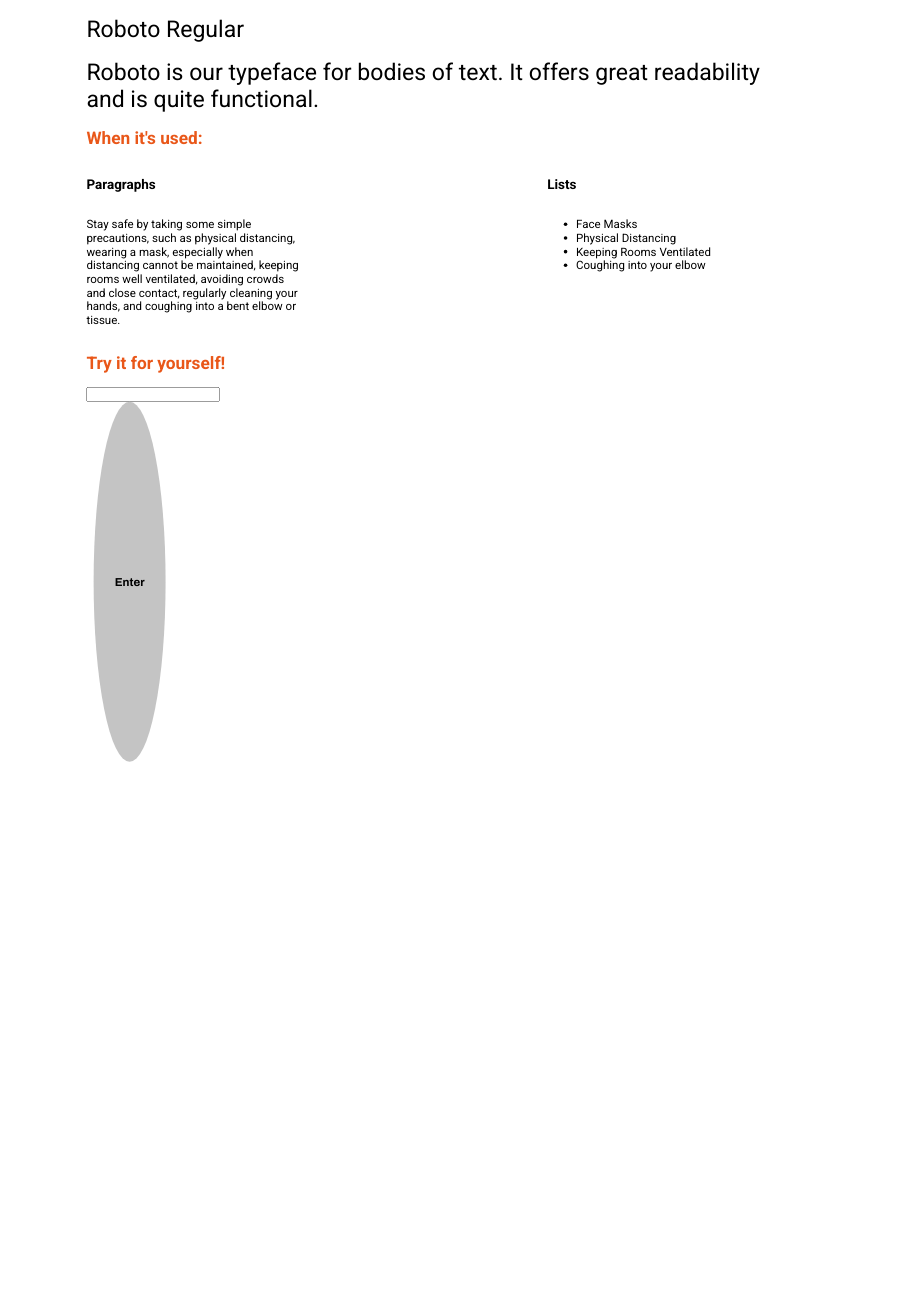
Repository: Levic559/bird-styleguide
Page: typography/index.html
The author's editor kept a copy of each file at every save. The page is drawn from the files as they stood at one save, then again after the next save.
The browser window is 1280 px wide. The pictures show the whole page, at 72% of full size.

Above is the page before, as saved 2021-03-22 05:27:29.

### typography/index.html
<!DOCTYPE html>
<html>
    <head>
        <title>
            Typography
        </title>
        <link rel="preconnect" href="https://fonts.gstatic.com">
        <link href="https://fonts.googleapis.com/css2?family=Archivo:wght@700&family=Roboto:wght@400;700&display=swap" rel="stylesheet">
        <link href="style.css" rel="stylesheet">
    </head>
    <body>
        <div class="main">
            <div class="fontcontainer">
                <h1 class="Roboto">Roboto Regular</h1>
                <h1 class="Roboto">Roboto is our typeface for bodies of text. It offers great readability and is quite functional.</h1>
                <h2 class="Orange">When it's used:</h3>
                <div class="examplescontainer">
                    <div class="column">
                        <h3>Paragraphs</h3>
                        <p>
                            Stay safe by taking some simple precautions, such as physical distancing, wearing a mask, especially when distancing cannot be maintained, keeping rooms well ventilated, avoiding crowds and close contact, regularly cleaning your hands, and coughing into a bent elbow or tissue.
                        </p>
                    </div>
                    <div class="column">
                        <h3>Lists</h3>
                        <ul>
                            <li>Face Masks</li>
                            <li>Physical Distancing</li>
                            <li>Keeping Rooms Ventilated</li>
                            <li>Coughing into your elbow</li>
                        </ul>
                    </div>
                </div>

                <h2 class="Orange">Try it for yourself!</h2>
                <input type="text" id="test1"></input>
                <div class="inputcontainer">
                    <div class="enter">Enter</div>
                    <h1 class="Roboto"></h1>
                </div>

            </div>


        </div>
    </body>
</html>

### typography/style.css
body {
    margin: 0px;
    padding: 0px;
    box-sizing: border-box;
}

.main {
    width: 100vw;
    height: 250vh;
    display: flex;
    flex-direction: column;
    justify-content: flex-start;
    font-family: Roboto;
}

.fontcontainer {
    margin-left: 120px;
    width: 940px;
}

.Roboto {
    font-family: Roboto;
    font-weight: normal;
}

.Orange {
    color: #E95719;
    font-family: Roboto;
}

.examplescontainer {
    display: flex;
    justify-content: space-between;
}

.column {
    width: 300px;
    display: flex;
    flex-direction: column;
}

.inputcontainer {
    display: flex;
}

.enter {
    width: 100px;
    height: 500px;
    background-color: #C4C4C4;
    color: black;
    font-family: Archivo;
    font-weight: bold;
    display: flex;
    justify-content: center;
    align-items: center;
    border-radius: 50%;
    margin-left: 10px;
}

.enter:hover{
    border: #545454 1px solid;
}


.seporator {

}

After the next save:
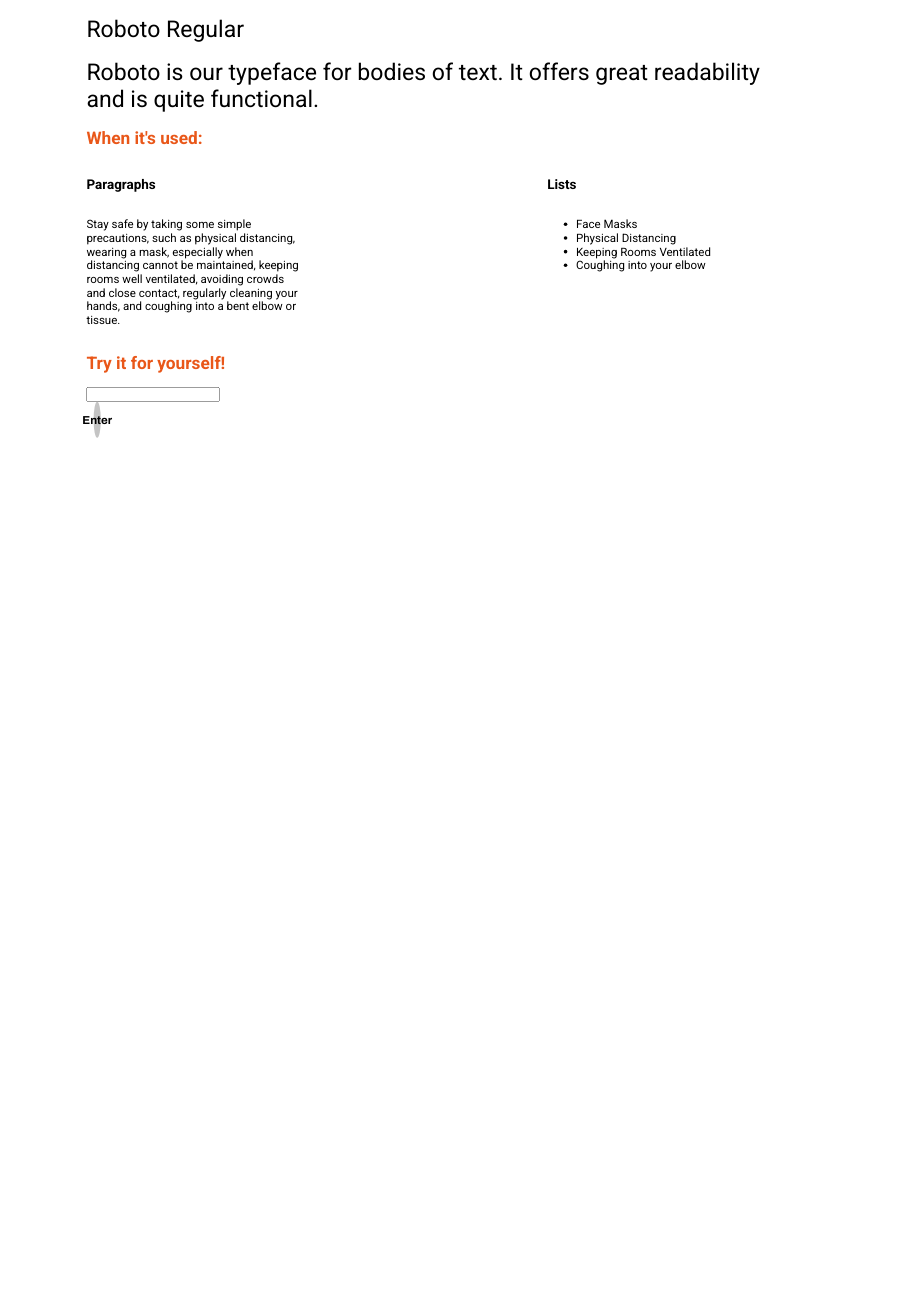
Saved 5 s later.
--- a/typography/style.css
+++ b/typography/style.css
@@ -44,8 +44,8 @@
 }
 
 .enter {
-    width: 100px;
-    height: 500px;
+    width: 10px;
+    height: 50px;
     background-color: #C4C4C4;
     color: black;
     font-family: Archivo;
